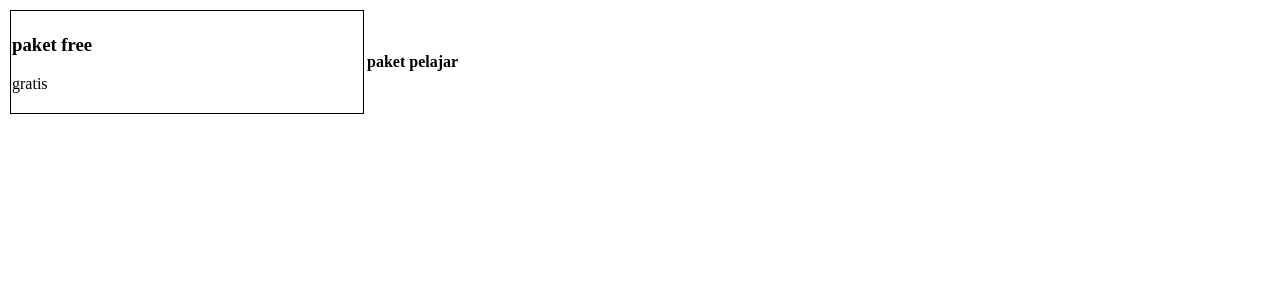
Repository: AHSANS354/tugas-sib5
Page: tugas css/index.html
The author's editor kept a copy of each file at every save. The page is drawn from the files as they stood at one save, then again after the next save.
The browser window is 1280 px wide. The pictures show the whole page.

Above is the page before, as saved 2023-08-29 11:58:15.

After the next save:
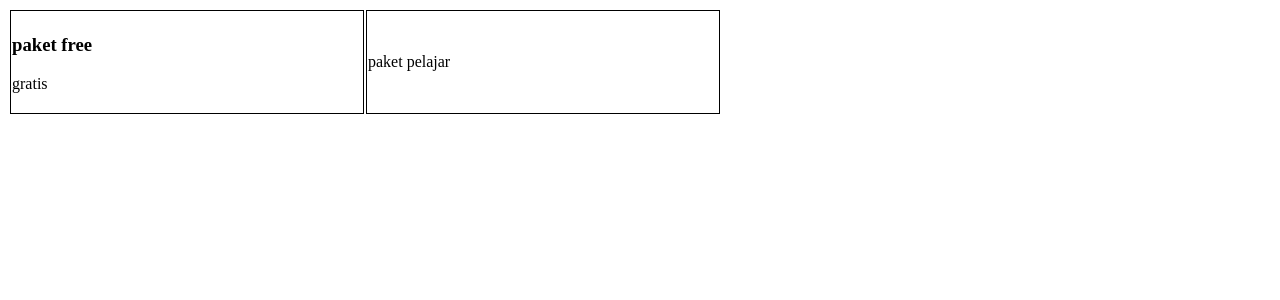
Saved 22 s later.
--- a/tugas css/index.html
+++ b/tugas css/index.html
@@ -16,7 +16,7 @@
                 <h3>paket free</h3>
                 <p>gratis</p>
               </td>
-              <th>paket pelajar</th>
+              <td>paket pelajar</td>
             </tr>
           </table>
         </div>
